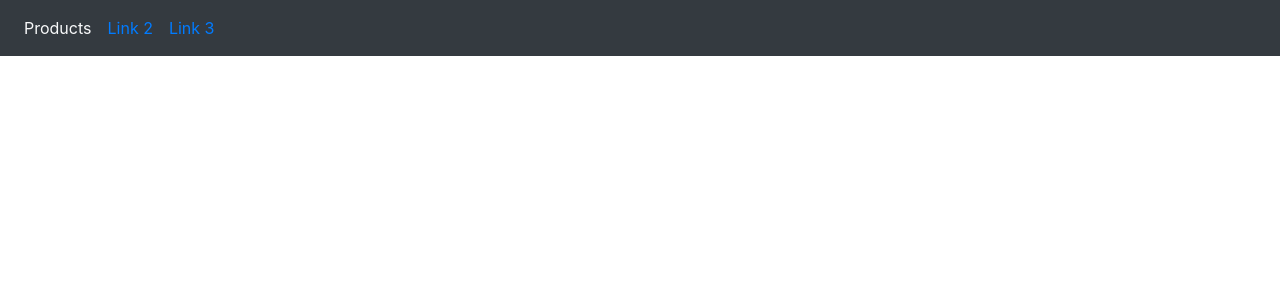
Repository: Aniksaha19/curd
Page: http://localhost/
These files come from the project's save history. The page is drawn as it stood at one moment and after the next save; the edit follows.
The browser window is 1280 px wide. The pictures show the whole page.
The page is served by the project's Laravel application, run on PHP 8.4 with Laravel 10.

Above is the page before, as saved 2023-06-01 16:25:53.

After the next save:
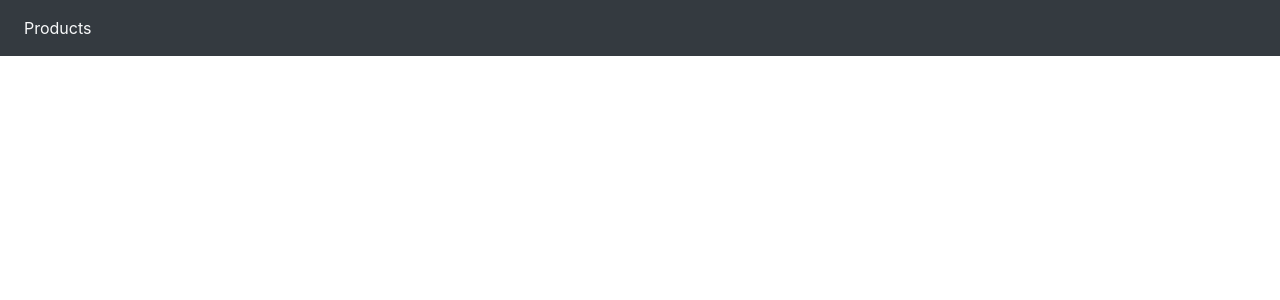
Saved 9 s later.
--- a/resources/views/products/index.blade.php
+++ b/resources/views/products/index.blade.php
@@ -18,12 +18,7 @@
                 <li class="nav-item">
                     <a class="nav-link text-light" href="#">Products</a>
                 </li>
-                <li class="nav-item">
-                    <a class="nav-link" href="#">Link 2</a>
-                </li>
-                <li class="nav-item">
-                    <a class="nav-link" href="#">Link 3</a>
-                </li>
+
                 </ul>
         </nav>
 </body>
